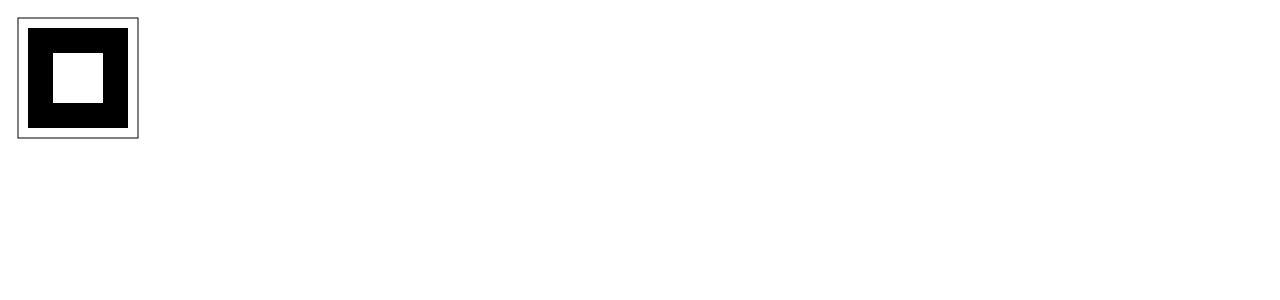
Repository: ManojAndroid/WellcomeToAndroidApp
Page: AddressBook_App/Canvas_Project/WebContent/Canvas.html
The author's editor kept a copy of each file at every save. The page is drawn from the files as they stood at one save, then again after the next save.
The browser window is 1280 px wide. The pictures show the whole page.

Above is the page before, as saved 2017-04-20 10:59:33.

### AddressBook_App/Canvas_Project/WebContent/Canvas.html
<!DOCTYPE html>
<html>
<head>
<meta charset="UTF-8">
<script type="text/javascript">
	function draw() {
		var myCanvas = document.getElementById("myCanvas");
		var ctx = myCanvas.getContext("2d");
		ctx.fillRect(20, 20, 100, 100);
		ctx.strokeRect(10, 10, 120, 120);
		ctx.clearRect(45, 45, 50, 50);
		ctx.fillStyle = "green";
		ctx.closePath();
		ctx.fill();
	}
	function drawShape() {
		var myCanvas = document.getElementById("myCan");
		var ctx = myCanvas.getContext("2d");
		 //Begin our drawing
        ctx.beginPath();
        ctx.moveTo(75,0);
        ctx.lineTo(150,100);
        ctx.lineTo(75, 200);
        ctx.lineTo(0,100);

        //Define the style of the shape
        ctx.lineWidth = 5;
        ctx.fillStyle = "red";
        ctx.strokeStyle = "black";
        //Close the path
        ctx.closePath();

        //Fill the path with ourline and color
        ctx.fill();
        ctx.stroke();
	}
</script>
</head>
<body onload="draw()">
	<canvas id="myCanvas" width="300" height="300">
                </canvas>


	<canvas id="myCan" width="300" height="300" onmouseleave="drawShape()">
                </canvas>
	<!-- <canvas id="myCan" width="300" height="300" onclick="drawShape()">
                </canvas> -->
</body>

</html>

After the next save:
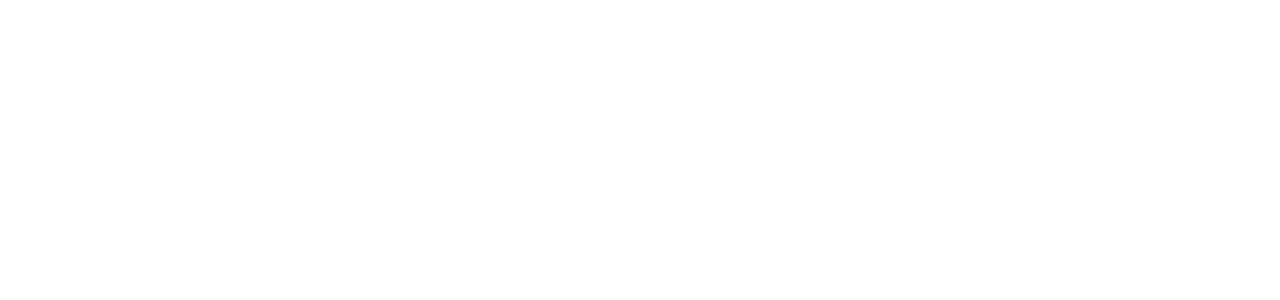
Console error: TypeError: Cannot read properties of null (reading 'getContext')
Saved 41 min 36 s later.
--- a/AddressBook_App/Canvas_Project/WebContent/Canvas.html
+++ b/AddressBook_App/Canvas_Project/WebContent/Canvas.html
@@ -34,6 +34,46 @@
         ctx.fill();
         ctx.stroke();
 	}
+	  var canvas;
+      var ctx;
+      var x = 568;
+      var y = 262;
+      var mx = 2;
+      var my = 4;
+      var WIDTH = 568;
+      var HEIGHT = 262;
+
+function circle(x,y,r) {
+ctx.beginPath();
+ctx.arc(x, y, r, 0, Math.PI*2, true);
+ctx.fill();
+}
+
+function clear() {
+ctx.clearRect(0, 0, WIDTH, HEIGHT);
+}
+
+function init() {
+canvas = document.getElementById("myCanvas");
+ctx = canvas.getContext("2d");
+return setInterval(draw, 10);
+}
+
+function draw() {
+clear();
+circle(x, y, 20);
+
+if (x + mx > WIDTH || x + mx < 0)
+mx = -mx;
+if (y + my > HEIGHT || y + my < 0)
+my = -my;
+
+x += mx;
+y += my;
+
+}
+
+init();
 </script>
 </head>
 <body onload="draw()">
@@ -43,8 +83,11 @@
 
 	<canvas id="myCan" width="300" height="300" onmouseleave="drawShape()">
                 </canvas>
-	<!-- <canvas id="myCan" width="300" height="300" onclick="drawShape()">
-                </canvas> -->
+	<canvas id="myCanvas" width="568" height="262">
+                        <!-- Insert fallback content here -->
+            Sorry, your browser doesn't support canvas technology
+                </canvas>
+
 </body>
 
 </html>

After the 4 saves that followed:
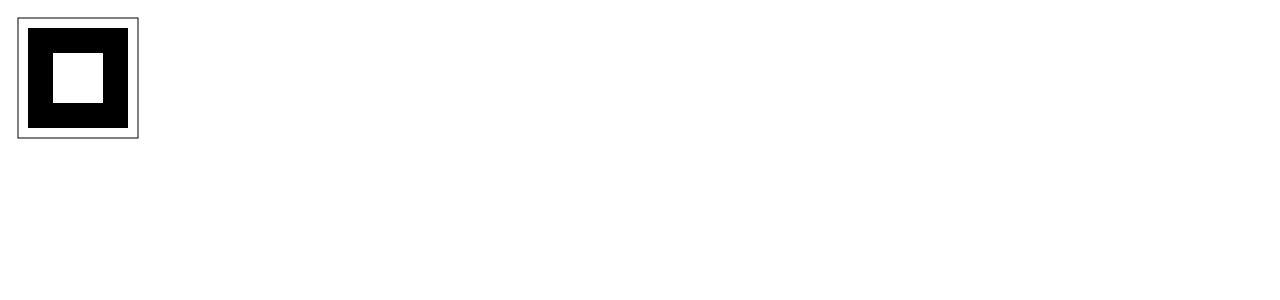
The error is gone.
The 4 saves are shown as one change because 3 left the picture as it was.
The last was saved 2 min 39 s later.
--- a/AddressBook_App/Canvas_Project/WebContent/Canvas.html
+++ b/AddressBook_App/Canvas_Project/WebContent/Canvas.html
@@ -34,46 +34,7 @@
         ctx.fill();
         ctx.stroke();
 	}
-	  var canvas;
-      var ctx;
-      var x = 568;
-      var y = 262;
-      var mx = 2;
-      var my = 4;
-      var WIDTH = 568;
-      var HEIGHT = 262;
 
-function circle(x,y,r) {
-ctx.beginPath();
-ctx.arc(x, y, r, 0, Math.PI*2, true);
-ctx.fill();
-}
-
-function clear() {
-ctx.clearRect(0, 0, WIDTH, HEIGHT);
-}
-
-function init() {
-canvas = document.getElementById("myCanvas");
-ctx = canvas.getContext("2d");
-return setInterval(draw, 10);
-}
-
-function draw() {
-clear();
-circle(x, y, 20);
-
-if (x + mx > WIDTH || x + mx < 0)
-mx = -mx;
-if (y + my > HEIGHT || y + my < 0)
-my = -my;
-
-x += mx;
-y += my;
-
-}
-
-init();
 </script>
 </head>
 <body onload="draw()">
@@ -83,11 +44,8 @@
 
 	<canvas id="myCan" width="300" height="300" onmouseleave="drawShape()">
                 </canvas>
-	<canvas id="myCanvas" width="568" height="262">
-                        <!-- Insert fallback content here -->
-            Sorry, your browser doesn't support canvas technology
-                </canvas>
-
+	<!-- <canvas id="myCan" width="300" height="300" onclick="drawShape()">
+                </canvas> -->
 </body>
 
 </html>
